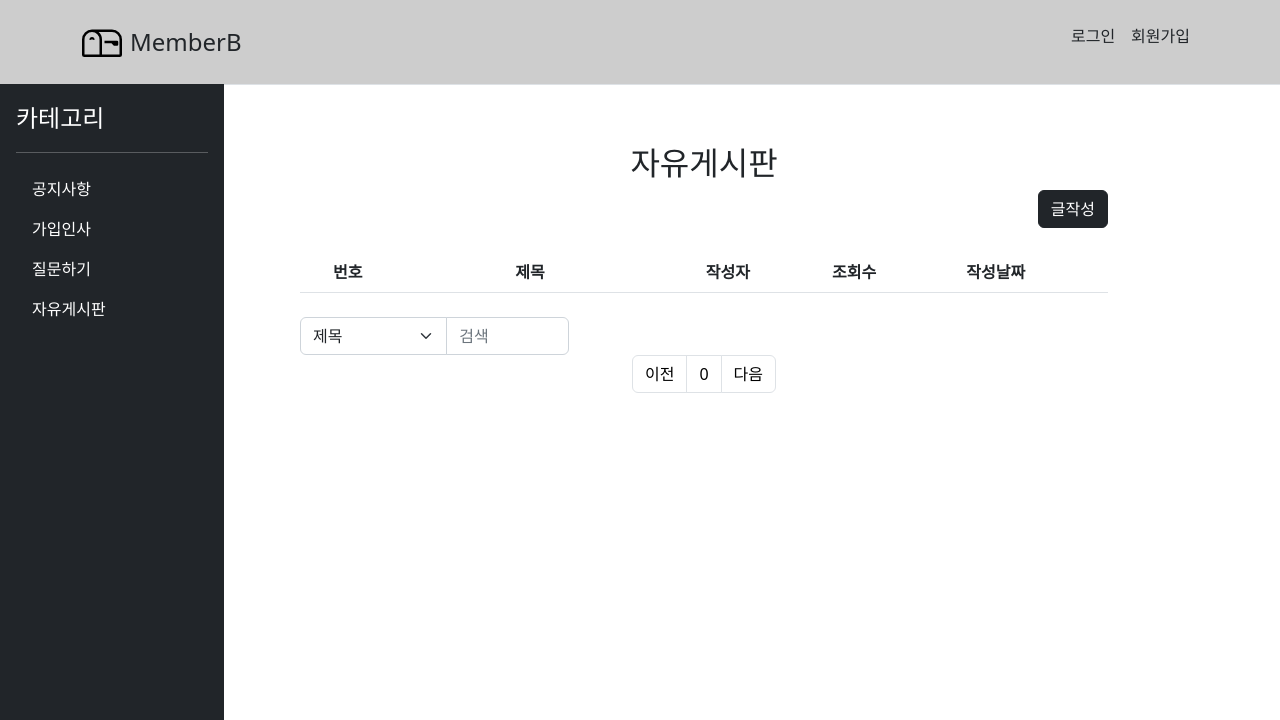
Repository: charmErin/board_220915
Page: http://localhost/board/WEB-INF/views/board/list.jsp
The author's editor kept a copy of each file at every save. The page is drawn from the files as they stood at one save, then again after the next save.
The browser window is 1280 px wide. The pictures show the whole page.
The page is served by Tomcat 9. Nobody is signed in. Other server files are loaded and not shown. The template is opened directly, without the code that normally fills it, so the values that code supplies are empty.

Above is the page before, as saved 2022-09-19 00:50:57.

### board/src/main/webapp/WEB-INF/views/board/list.jsp
<%@ page language="java" contentType="text/html; charset=UTF-8"
    pageEncoding="UTF-8"%>
<%@ taglib uri="http://java.sun.com/jsp/jstl/core" prefix="c" %>
<%@ taglib prefix="fmt" uri="http://java.sun.com/jsp/jstl/fmt" %>
<!DOCTYPE html>
<html>
<head>
<meta charset="UTF-8">
<title>Insert title here</title>
<style>
	.body-content {
		margin-top: 9rem;
		margin-left: 15rem;
		padding-left: 3rem;
		padding-right: 10rem;
	}

	h2 {
		text-align: center;
	}

	a {
		text-decoration: none !important;
		color: #000 !important;
	}

	td a:hover {
		color: dodgerblue !important;
		cursor: pointer;
	}

	th {
		text-align: center !important;
	}

	td:not(:nth-child(2)) {
		text-align: center !important;
	}
</style>
</head>
<body>
	<%@include file ="../layout/header.jsp" %>
	<div class="body-content">
	<div class="container my-4">
		<c:choose>
			<c:when test="${category eq 1}">
				<h2>공지사항</h2>
			</c:when>
			<c:when test="${category eq 2}">
				<h2>가입인사</h2>
			</c:when>
			<c:when test="${category eq 3}">
				<h2>질문하기</h2>
			</c:when>
			<c:otherwise>
				<h2>자유게시판</h2>
			</c:otherwise>
		</c:choose>


		<div class="d-grid gap-2 d-md-flex justify-content-md-end mb-4">
			<button onclick="boardSave()" class="btn btn-dark">글작성</button>
		</div>


		<table class="table table-hover">
			<tr>
				<th scope="row">번호</th>
				<th scope="row" class="col-4">제목</th>
				<th scope="row">작성자</th>
				<th scope="row">조회수</th>
				<th scope="row">작성날짜</th>
				<th></th>
			</tr>
			<c:forEach var="board" items="${boardList}">
				<tr>
					<td>${board.id}</td>
					<td>
						<a href="/board/detail/${board.id}?page=${pageDTO.page}">${board.boardTitle}</a>
						<c:if test="${board.boardFileName ne null}"><img src="#" alt=""/></c:if>
					</td>
					<td>${board.boardWriter}</td>
					<td>${board.boardHits}</td>
					<td><fmt:formatDate pattern="yyyy-MM-dd" value="${board.createdTime}"></fmt:formatDate></td>
					<td></td>
				</tr>
			</c:forEach>
		</table>
	</div>


	<div class="container">
    	<form class="col-4" action="/board/search" method="get">
			<div class="input-group">
				<select class="form-select col-1" name="searchType">
					<option value="boardTitle">제목</option>
					<option value="boardWriter">작성자</option>
					<option value="boardContetns">내용</option>
				</select>
				<input class="form-control col-2" type="text" name="q" placeholder="검색" aria-label="Search">
			</div>
		</form>
    </div>


	<div class="container">
        <ul class="pagination justify-content-center">
            <c:choose>
                <c:when test="${pageDTO.page<=1}">
                    <li class="page-item disabled">
                        <a class="page-link">이전</a>
                    </li>
                </c:when>
                <c:otherwise>
                    <li class="page-item">
                        <a class="page-link" href="/board/${categoryId}?page=${pageDTO.page-1}">이전</a>
                    </li>
                </c:otherwise>
            </c:choose>
            <c:forEach begin="${pageDTO.startPage}" end="${pageDTO.endPage}" var="i" step="1">
                <c:choose>
                    <c:when test="${i eq pageDTO.page}">
                        <li class="page-item active">
                            <a class="page-link">${i}</a>
                        </li>
                    </c:when>
                    <c:otherwise>
                        <li class="page-item">
                            <a class="page-link" href="/board/${categoryId}?page=${i}">${i}</a>
                        </li>
                    </c:otherwise>
                </c:choose>
            </c:forEach>
            <c:choose>
                <c:when test="${pageDTO.page>=pageDTO.maxPage}">
                    <li class="page-item disabled">
                        <a class="page-link">다음</a>
                    </li>
                </c:when>
                <c:otherwise>
                    <li class="page-item">
                        <a class="page-link" href="/board/${categoryId}?page=${pageDTO.page+1}">다음</a>
                    </li>
                </c:otherwise>
            </c:choose>
        </ul>
    </div>

</body>
<script>
	const boardSave = () => {
		location.href = "/board/save-form";
	}
</script>
</html>

### board/src/main/webapp/WEB-INF/views/layout/header.jsp
<%@ page language="java" contentType="text/html; charset=UTF-8"
    pageEncoding="UTF-8"%>
<%@ taglib uri="http://java.sun.com/jsp/jstl/core" prefix="c" %>
<%@ taglib prefix="fmt" uri="http://java.sun.com/jsp/jstl/fmt" %>
<!DOCTYPE html>
<html>
<head>
<meta charset="UTF-8">
<link href="https://cdn.jsdelivr.net/npm/bootstrap@5.2.1/dist/css/bootstrap.min.css" rel="stylesheet" integrity="sha384-iYQeCzEYFbKjA/T2uDLTpkwGzCiq6soy8tYaI1GyVh/UjpbCx/TYkiZhlZB6+fzT" crossorigin="anonymous">
<title>Insert title here</title>
<style>
	header {
		background: #CDCDCD;
	}

	.side-bar {
		width: 14rem;
		height: 100%;
		margin-top: 1rem;
		position: fixed;
		display: inline !important;
	}
</style>
</head>
<body>
	<header class="py-3 border-bottom header-fix fixed-top">
		<div class="container d-flex flex-wrap justify-content-center">
			<a href="/" class="d-flex align-items-center mb-3 mb-lg-0 me-lg-auto text-dark text-decoration-none">
				<img src="../../../resources/svg/mailbox.svg" width="40" height="40">
				<span class="fs-4 m-2">
					MemberB
				</span>
			</a>

			<div>
				<c:choose>
					<c:when test="${sessionScope.id == null}">
						<ul class="nav">
							<li class="nav-item">
								<a href="/member/login-form" class="nav-link link-dark px-2">로그인</a>
							</li>
							<li class="nav-item">
								<a href="/member/save-form" class="nav-link link-dark px-2">회원가입</a>
							</li>
						</ul>
					</c:when>
					<c:otherwise>
						<ul class="nav">
							<li class="nav-item">
								<a href="/member/detail/${sessionScope.id}" class="nav-link link-dark px-2">${sessionScope.memberName}</a>
							</li>
							<c:if test="${sessionScope.loginId eq 'admin'}">
								<li class="nav-item">
									<a href="/member/findAll" class="nav-link link-dark px-2">회원목록</a>
								</li>
							</c:if>
							<li class="nav-item">
								<a href="/member/logout" class="nav-link link-dark px-2">로그아웃</a>
							</li>
						</ul>
					</c:otherwise>
				</c:choose>
			</div>
		</div>
		<div class="d-flex flex-column flex-shrink-0 p-3 text-bg-dark side-bar">
			<span class="fs-4">카테고리</span>
			<hr>
			<ul class="nav nav-pills flex-column mb-auto">
				<li class="nav-item">
					<a href="/board/1" class="nav-link text-white">공지사항</a>
				</li>
				<li>
					<a href="/board/2" class="nav-link text-white">가입인사</a>
				</li>
				<li>
					<a href="/board/3" class="nav-link text-white">질문하기</a>
				</li>
				<li>
					<a href="/board/4" class="nav-link text-white">자유게시판</a>
				</li>
			</ul>
		</div>
	</header>
</body>
</html>

### board/src/main/webapp/resources/svg/mailbox.svg
<svg xmlns="http://www.w3.org/2000/svg" width="16" height="16" fill="currentColor" class="bi bi-mailbox" viewBox="0 0 16 16">
  <path d="M4 4a3 3 0 0 0-3 3v6h6V7a3 3 0 0 0-3-3zm0-1h8a4 4 0 0 1 4 4v6a1 1 0 0 1-1 1H1a1 1 0 0 1-1-1V7a4 4 0 0 1 4-4zm2.646 1A3.99 3.99 0 0 1 8 7v6h7V7a3 3 0 0 0-3-3H6.646z"/>
  <path d="M11.793 8.5H9v-1h5a.5.5 0 0 1 .5.5v1a.5.5 0 0 1-.5.5h-1a.5.5 0 0 1-.354-.146l-.853-.854zM5 7c0 .552-.448 0-1 0s-1 .552-1 0a1 1 0 0 1 2 0z"/>
</svg>

After the next save:
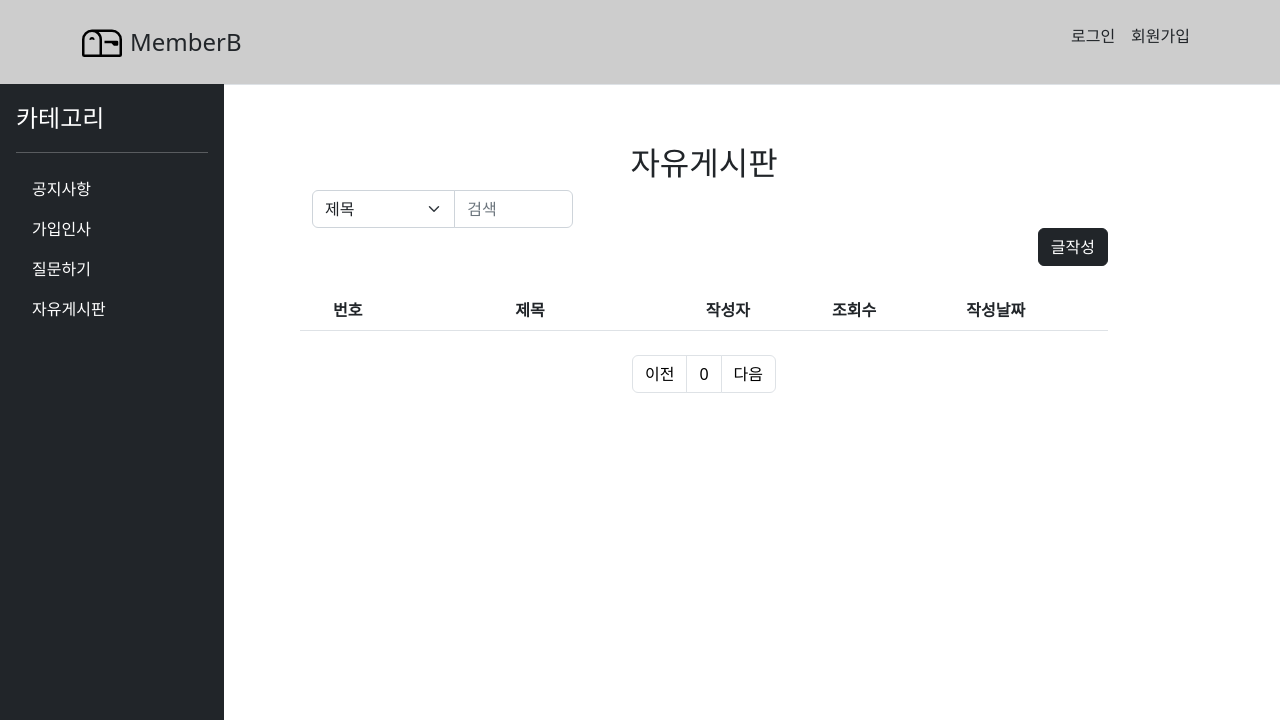
Saved 39 s later.
--- a/board/src/main/webapp/WEB-INF/views/board/list.jsp
+++ b/board/src/main/webapp/WEB-INF/views/board/list.jsp
@@ -57,6 +57,19 @@
 			</c:otherwise>
 		</c:choose>
 
+		<div class="container">
+    	<form class="col-4" action="/board/search" method="get">
+			<div class="input-group">
+				<select class="form-select col-1" name="searchType">
+					<option value="boardTitle">제목</option>
+					<option value="boardWriter">작성자</option>
+					<option value="boardContetns">내용</option>
+				</select>
+				<input class="form-control col-2" type="text" name="q" placeholder="검색" aria-label="Search">
+			</div>
+		</form>
+    </div>
+
 
 		<div class="d-grid gap-2 d-md-flex justify-content-md-end mb-4">
 			<button onclick="boardSave()" class="btn btn-dark">글작성</button>
@@ -87,20 +100,6 @@
 			</c:forEach>
 		</table>
 	</div>
-
-
-	<div class="container">
-    	<form class="col-4" action="/board/search" method="get">
-			<div class="input-group">
-				<select class="form-select col-1" name="searchType">
-					<option value="boardTitle">제목</option>
-					<option value="boardWriter">작성자</option>
-					<option value="boardContetns">내용</option>
-				</select>
-				<input class="form-control col-2" type="text" name="q" placeholder="검색" aria-label="Search">
-			</div>
-		</form>
-    </div>
 
 
 	<div class="container">
